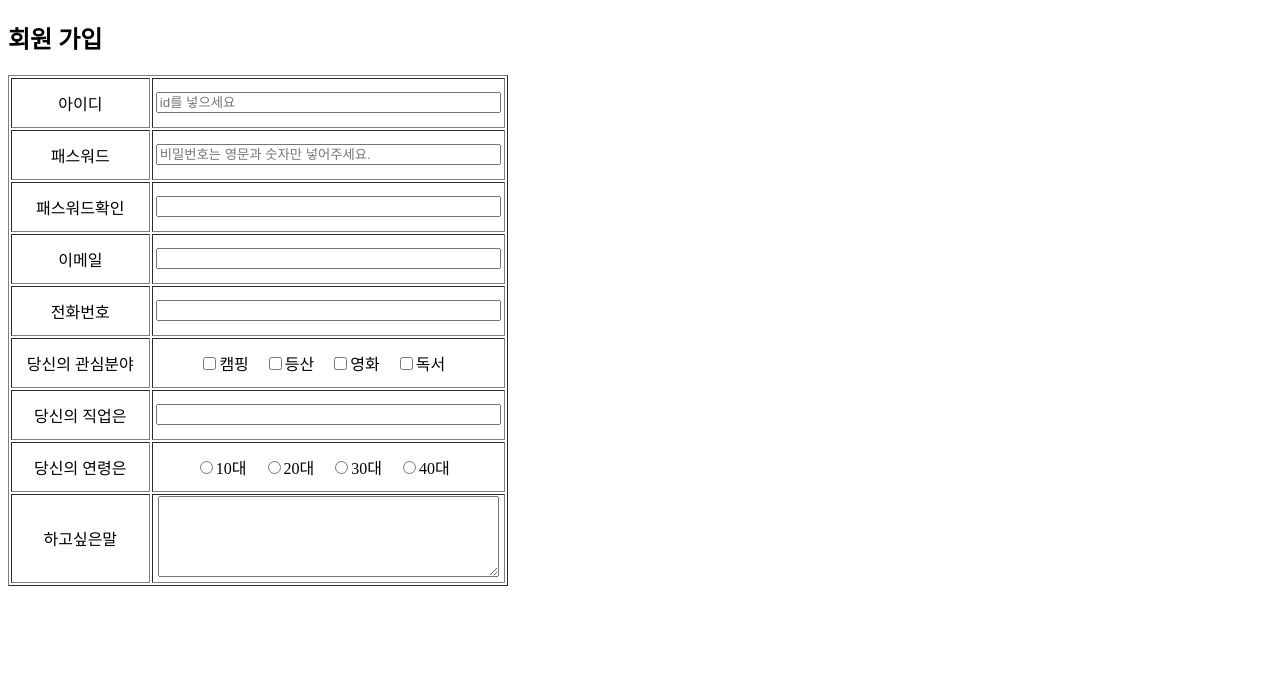
Repository: mungkeu/JSP_Web
Page: http://localhost/DataBase/MemberJoin.jsp
These files come from the project's save history. The page is drawn as it stood at one moment and after the next save; the edit follows.
The browser window is 1280 px wide. The pictures show the whole page.
The page is served by Tomcat 9. Other server files are loaded and not shown.

Above is the page before, as saved 2022-08-01 22:58:30.

### DataBase/src/main/webapp/MemberJoin.jsp
<%@ page language="java" contentType="text/html; charset=UTF-8"
    pageEncoding="UTF-8"%>
<!DOCTYPE html>
<html>
<head>
<meta charset="UTF-8">
<title>Insert title here</title>
</head>
<body>
	<h2> 회원 가입 </h2>
	<form action="" method="post">
	<table width="500" border="1">
	<tr height="50">
		<td width="150" align="center">아이디</td>
		<td width="350" align="center"><input type="text" name="id" size="40" placeholder="id를 넣으세요">
	</tr>
	<tr height="50">
		<td width="150" align="center">패스워드</td>
		<td width="350" align="center"><input type="password" name="pass1" size="40" placeholder="비밀번호는 영문과 숫자만 넣어주세요.">
	</tr>
	<tr height="50">
		<td width="150" align="center">패스워드확인</td>
		<td width="350" align="center"><input type="password" name="pass2" size="40">
	</tr>
	<tr height="50">
		<td width="150" align="center">이메일</td>
		<td width="350" align="center"><input type="email" name="email" size="40">
	</tr>
	<tr height="50">
		<td width="150" align="center">전화번호</td>
		<td width="350" align="center"><input type="tel" name="tel" size="40">
	</tr>
	<tr height="50">
		<td width="150" align="center">당신의 관심분야</td>
		<td width="350" align="center">
		<input type="checkbox" name="hobby" value="캠핑">캠핑 &nbsp;&nbsp;
		<input type="checkbox" name="hobby" value="등산">등산 &nbsp;&nbsp;
		<input type="checkbox" name="hobby" value="영화">영화 &nbsp;&nbsp;
		<input type="checkbox" name="hobby" value="독서">독서 &nbsp;&nbsp;
		</td>
	</tr>
	<tr height="50">
		<td width="150" align="center">당신의 직업은</td>
		<td width="350" align="center"><input type="text" name="id" size="40"
	</tr>
	<tr height="50">
		<td width="150" align="center">당신의 연령은</td>
		<td width="350" align="center">
		<input type="radio" name="age" value="10">10대 &nbsp;&nbsp;
		<input type="radio" name="age" value="20">20대 &nbsp;&nbsp;
		<input type="radio" name="age" value="30">30대 &nbsp;&nbsp;
		<input type="radio" name="age" value="40">40대 &nbsp;&nbsp;
		</td>
	</tr>
	<tr height="50">
		<td width="150" align="center">하고싶은말</td>
		<td width="350" align="center">
		<textarea rows="5" cols="40" name="info"></textarea>
	</tr>

	</table>
	</form>
</body>
</html>

After the next save:
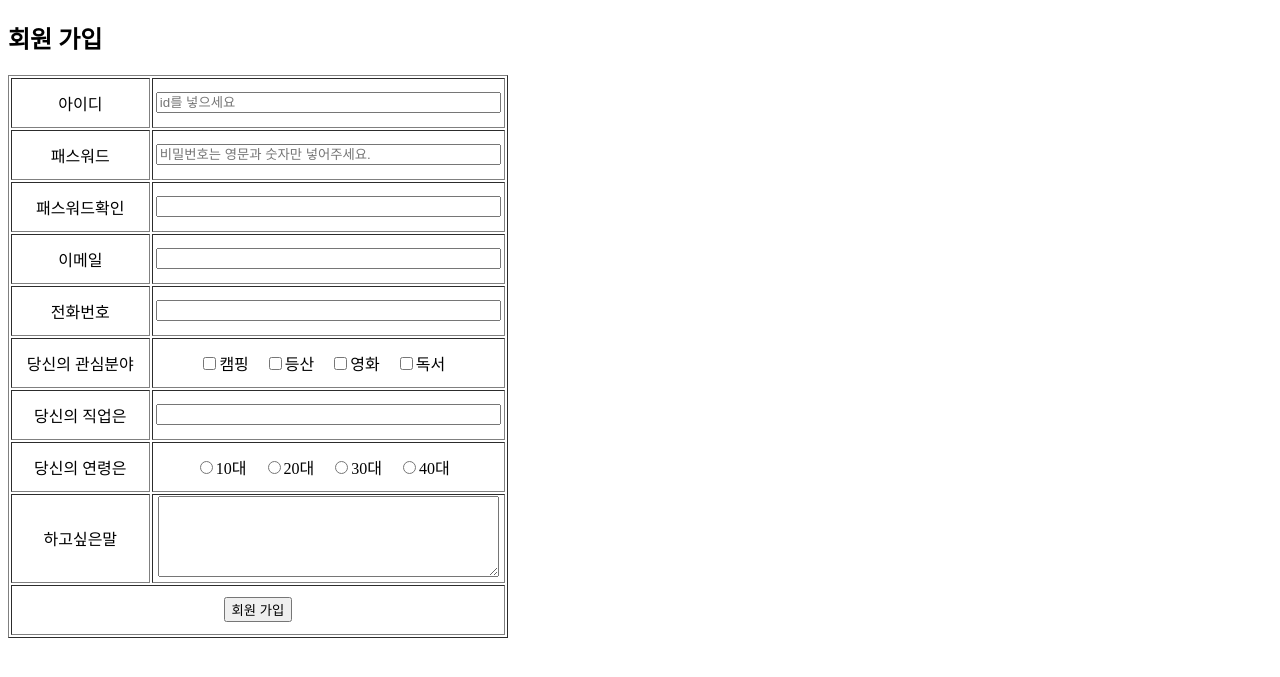
Saved 56 s later.
--- a/DataBase/src/main/webapp/MemberJoin.jsp
+++ b/DataBase/src/main/webapp/MemberJoin.jsp
@@ -57,7 +57,11 @@
 		<td width="350" align="center">
 		<textarea rows="5" cols="40" name="info"></textarea>
 	</tr>
-
+	<tr height="50">
+		<td align="center" colspan="2">
+		<input type="submit" value="회원 가입">
+		</td>
+	</tr>
 	</table>
 	</form>
 </body>
